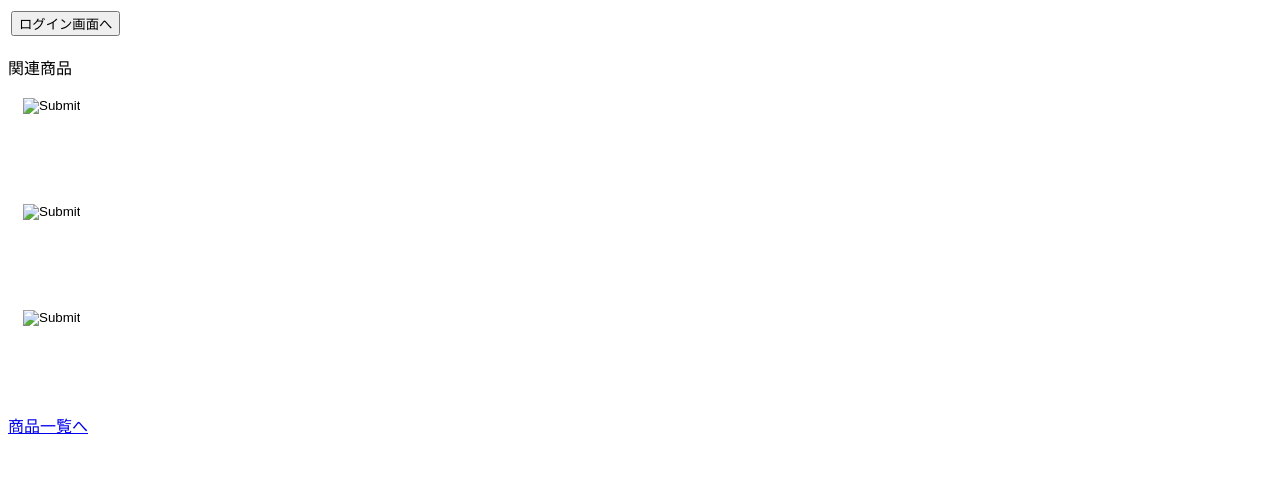
Repository: a4b3c2d1/backup
Page: http://localhost/sagaone-master/itemDetail.jsp
The author's editor kept a copy of each file at every save. The page is drawn from the files as they stood at one save, then again after a run of saves.
The browser window is 1280 px wide. The pictures show the whole page.
The page is served by Tomcat 9. Other server files are loaded and not shown.

Above is the page before, as saved 2018-01-14 09:59:42.

### sagaone-master/WebContent/itemDetail.jsp
<%@ page language="java" contentType="text/html; charset=UTF-8"
	pageEncoding="UTF-8"%>
<%@ taglib prefix="s" uri="/struts-tags"%>

<!DOCTYPE html PUBLIC "-//W3C//DTD HTML 4.01 Transitional//EN" "http://www.w3.org/TR/html4/loose.dtd">
<html>
<head>
<meta http-equiv="Content-Type" content="text/html; charset=UTF-8">
<title>商品詳細</title>
</head>
<body>
	<s:if test="session == null">
		<s:form action="LoginPageAction">
			<s:submit value="ログイン画面へ" />
		</s:form>
	</s:if>

	<s:if test="session.loginUser == null">
		<s:form action="LoginPageAction">
			<s:submit value="ログイン画面へ" />
		</s:form>
	</s:if>

	<s:iterator value="#session.itemdetailDTOList">
		<s:form action="CartAction">
			<tr>
				<td><s:property value="product_name" /></td>
				<td><s:property value="product_name_kana" /></td>
				<td><img src=<s:property value="image_file_path"/> width=auto
					height="200"></td>
				<td><s:property value="price" />円</td>
				<td><select name="count">
						<option value="1" selected="selected">1</option>
						<option value="2">2</option>
						<option value="3">3</option>
						<option value="4">4</option>
						<option value="5">5</option>
				</select></td>
				<td><s:property value="release_company" /></td>
				<td><s:property value="release_date" /></td>
				<td><s:property value="product_description" /></td>
				<td><input type="hidden" name="product_id"
					value="<s:property value='product_id' />"></input></td>
				<td><input type="hidden" name="category_id"
					value="<s:property value='category_id' />"></input></td>
				<td><s:hidden name="addFlg" value="1"></s:hidden></td>
				<td><input type="submit" value="カートに入れる"
					onClick="alert('カートにいれました！');">
				<td>
			</tr>
		</s:form>
	</s:iterator>



	<s:iterator value="#session.itemdetailDTOList">
		<s:form action="ReviewAction">
			<tr>
				<td><input type="hidden" name="product_id"
					value="<s:property value='product_id' />"></input></td>
				<td><input type="hidden" name="category_id"
					value="<s:property value='category_id' />"></input></td>
				<td><input type="submit" value="レビューを書く"
					<s:if test="%{#session.loginUser !=''}">
					onClick="alert('ログインしてください！');"</s:if>>
			</tr>
		</s:form>
	</s:iterator>


	<s:iterator value="#session.reviewDTO2List">

		<tr>
			<td><s:property value="user_id" /></td>
			<td><s:property value="update_date" /></td>
			<td><s:property value="value" /></td>
			<td><s:property value="review" /></td>
		</tr>
		<br>

	</s:iterator>
	<p>
		関連商品
		<s:iterator value="#session.itemrelativeDTOList" begin="0" end="2">
			<s:form action="ItemDetailAction">
				<tr>
					<td><s:property value="product_name" />
					<td><input type="hidden" name="product_id"
						value="<s:property value='product_id' />"></input></td>
					<td><input type="hidden" name="category_id"
						value="<s:property value='category_id' />"></input></td>
					<td><input type="image"
						src="<s:property value="image_file_path"/>" width=auto
						height="100" /></td>
				</tr>
			</s:form>
		</s:iterator>

		<s:a href="ItemAction">商品一覧へ</s:a>
</body>
</html>

After the next 2 saves:
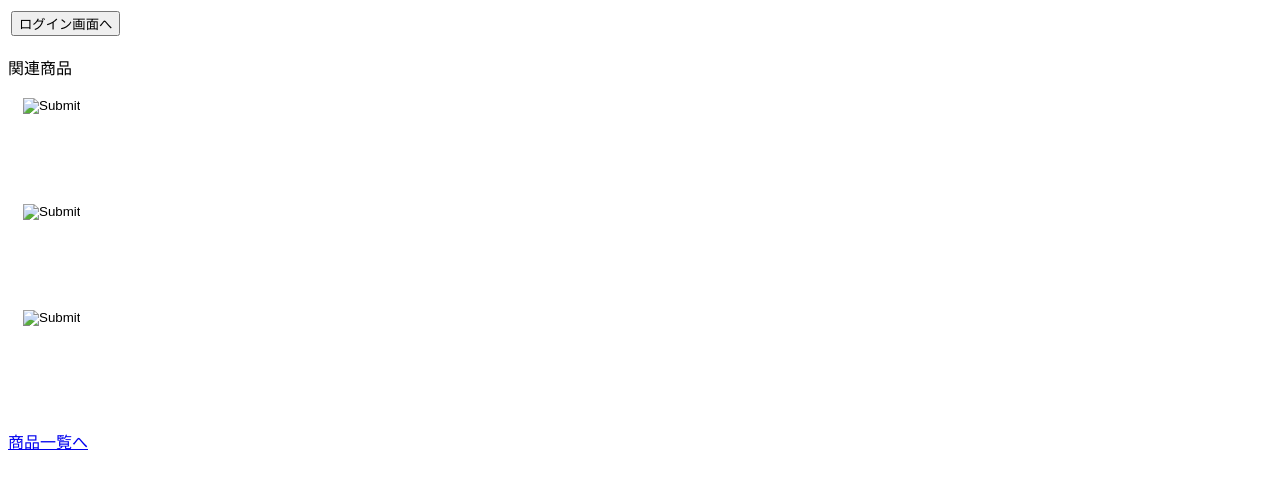
The 2 saves are shown as one change because they came seconds apart.
The last was saved 7 s later.
--- a/sagaone-master/WebContent/itemDetail.jsp
+++ b/sagaone-master/WebContent/itemDetail.jsp
@@ -95,7 +95,7 @@
 				</tr>
 			</s:form>
 		</s:iterator>
-
-		<s:a href="ItemAction">商品一覧へ</s:a>
+	</p>
+	<s:a href="ItemAction">商品一覧へ</s:a>
 </body>
 </html>
